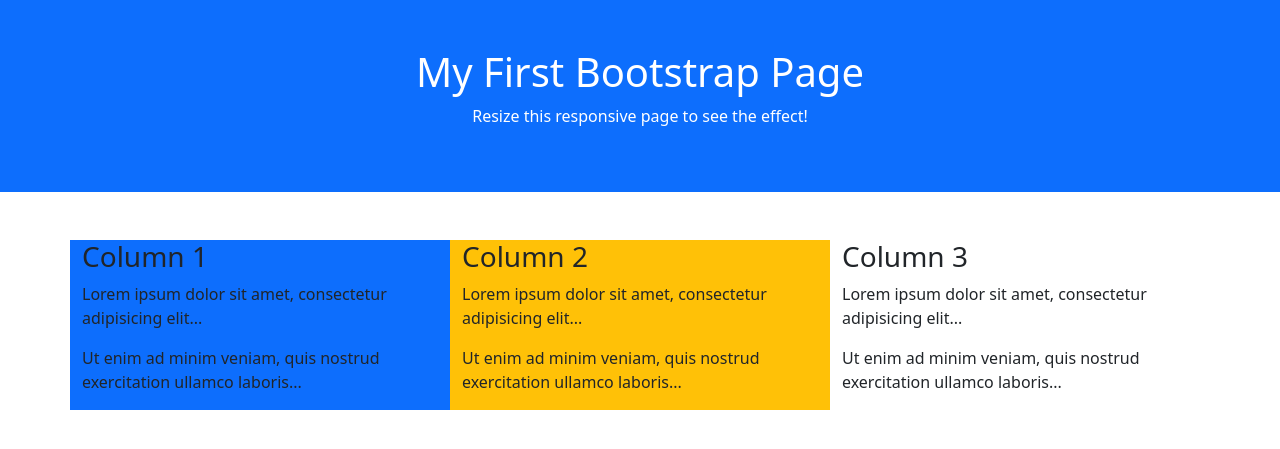
Repository: Dayvid0/BS5-W3SCHOOLS-TUTORIAL
Page: FIRST-BS5-PAGE.html
These files come from the project's save history. The page is drawn as it stood at one moment and after the next save; the edit follows.
The browser window is 1280 px wide. The pictures show the whole page.

Above is the page before, as saved 2025-02-18 13:18:06.

### FIRST-BS5-PAGE.html
<!DOCTYPE html>
<html lang="en">
<head>
  <title>Bootstrap 5 Example</title>
  <meta charset="utf-8">
  <meta name="viewport" content="width=device-width, initial-scale=1">
  <link href="https://cdn.jsdelivr.net/npm/bootstrap@5.3.3/dist/css/bootstrap.min.css" rel="stylesheet">
  <script src="https://cdn.jsdelivr.net/npm/bootstrap@5.3.3/dist/js/bootstrap.bundle.min.js"></script>
</head>
<body>
<div class="container-fluid p-5 bg-primary text-white text-center">
  <h1>My First Bootstrap Page</h1>
  <p>Resize this responsive page to see the effect!</p>
</div>
<div class="container mt-5">
  <div class="row">
    <div class="col-sm-4 bg-primary" >
      <h3>Column 1</h3>
      <p>Lorem ipsum dolor sit amet, consectetur adipisicing elit...</p>
      <p>Ut enim ad minim veniam, quis nostrud exercitation ullamco laboris...</p>
    </div>
    <div class="col-sm-4 bg-warning">
      <h3>Column 2</h3>
      <p>Lorem ipsum dolor sit amet, consectetur adipisicing elit...</p>
      <p>Ut enim ad minim veniam, quis nostrud exercitation ullamco laboris...</p>
    </div>
    <div class="col-sm-4">
      <h3>Column 3</h3>
      <p>Lorem ipsum dolor sit amet, consectetur adipisicing elit...</p>
      <p>Ut enim ad minim veniam, quis nostrud exercitation ullamco laboris...</p>
    </div>
  </div>
</div>
</body>
</html>

After the next save:
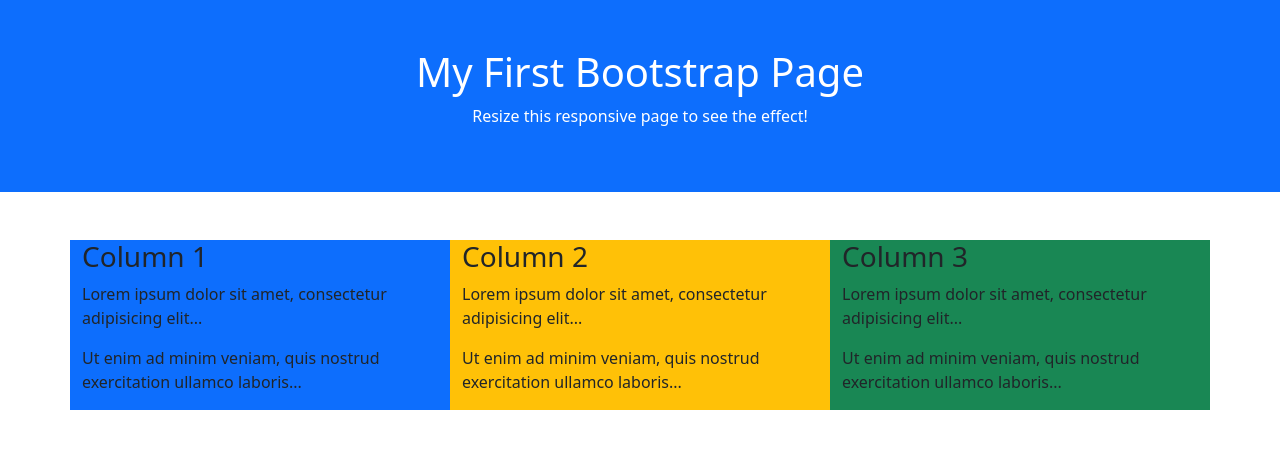
Saved 12 s later.
--- a/FIRST-BS5-PAGE.html
+++ b/FIRST-BS5-PAGE.html
@@ -24,7 +24,7 @@
       <p>Lorem ipsum dolor sit amet, consectetur adipisicing elit...</p>
       <p>Ut enim ad minim veniam, quis nostrud exercitation ullamco laboris...</p>
     </div>
-    <div class="col-sm-4">
+    <div class="col-sm-4 bg-success">
       <h3>Column 3</h3>
       <p>Lorem ipsum dolor sit amet, consectetur adipisicing elit...</p>
       <p>Ut enim ad minim veniam, quis nostrud exercitation ullamco laboris...</p>
